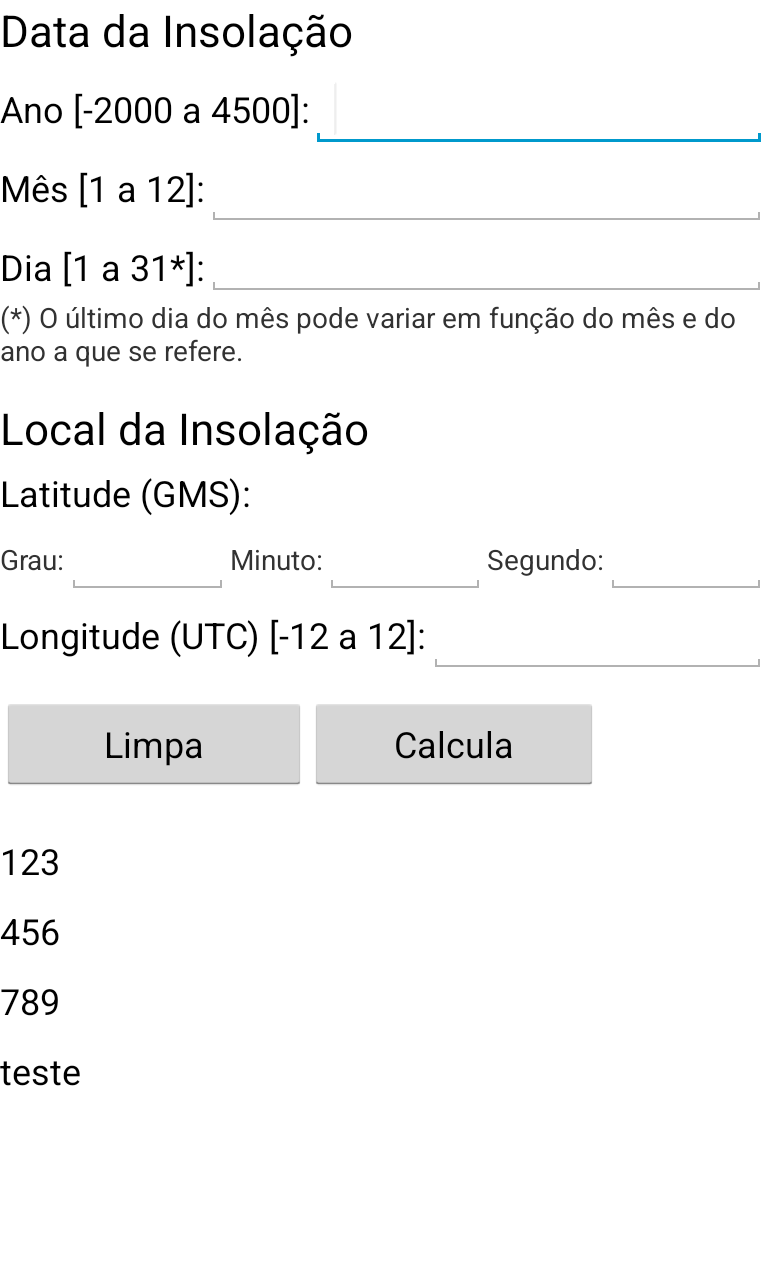
Repository: sergioPereiraBR/insolacao_terrestre
Layout: projeto/source code/InsolacaoTerrestre/res/layout/activity_insolacao_terrestre.xml
An editor plug-in stored every save of this project. The layout is shown before and after the next save, followed by the edit.
It is drawn on a 768 x 1280 px phone screen (xhdpi) without system bars, with theme AppTheme; the app's code is not run.

Above is the layout before, as saved 2016-11-23 23:20:01.

After the next save:
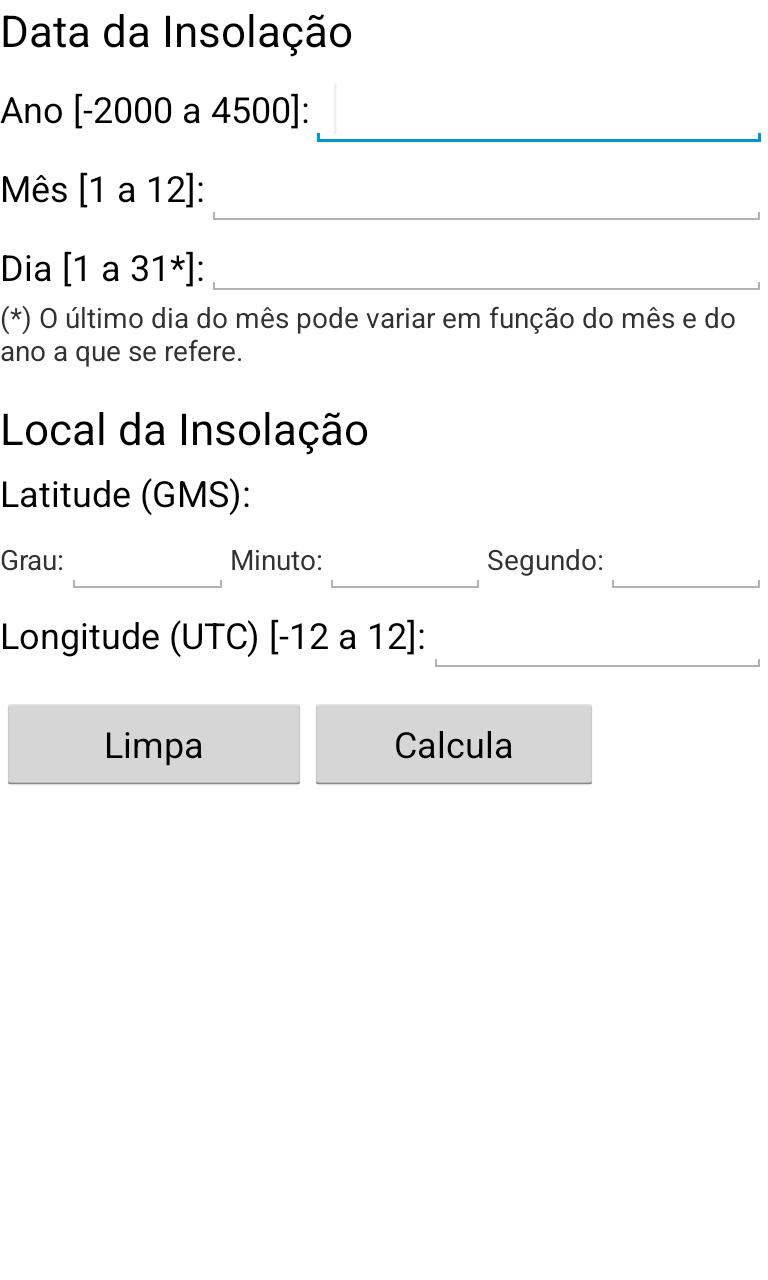
Saved 2 min 7 s later.
--- a/projeto/source code/InsolacaoTerrestre/res/layout/activity_insolacao_terrestre.xml
+++ b/projeto/source code/InsolacaoTerrestre/res/layout/activity_insolacao_terrestre.xml
@@ -239,28 +239,24 @@
             android:id="@+id/textView13"
             android:layout_width="wrap_content"
             android:layout_height="35dp"
-            android:text="123"
             android:textAppearance="?android:attr/textAppearanceMedium" />
 
         <TextView
             android:id="@+id/textView14"
             android:layout_width="wrap_content"
             android:layout_height="35dp"
-            android:text="456"
             android:textAppearance="?android:attr/textAppearanceMedium" />
 
         <TextView
             android:id="@+id/textView15"
             android:layout_width="wrap_content"
             android:layout_height="35dp"
-            android:text="789"
             android:textAppearance="?android:attr/textAppearanceMedium" />
 
         <TextView
             android:id="@+id/textView12"
             android:layout_width="wrap_content"
             android:layout_height="wrap_content"
-            android:text="teste"
             android:textAppearance="?android:attr/textAppearanceMedium" />
 
     </LinearLayout>
